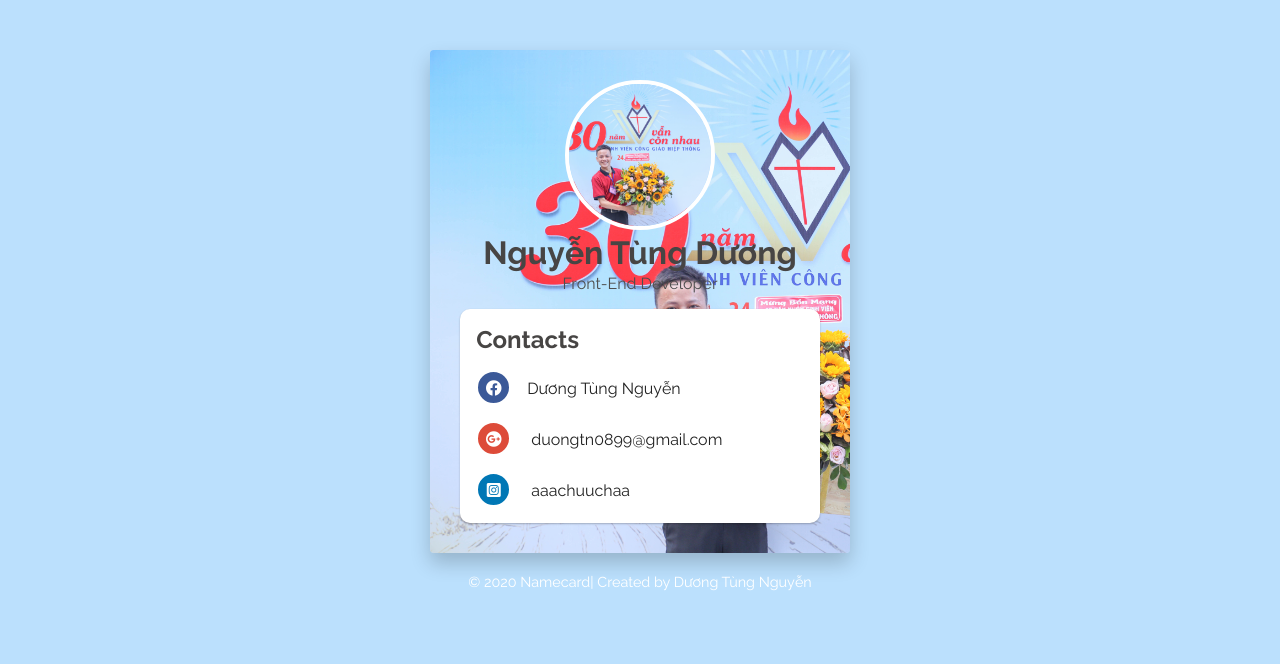
Repository: DuongTungNguyen0899/Card_Duong.github.io
Page: index.html
The author's editor kept a copy of each file at every save. The page is drawn from the files as they stood at one save, then again after the next save.
The browser window is 1280 px wide. The pictures show the whole page.

Above is the page before, as saved 2021-06-27 18:36:46.

After the next save:
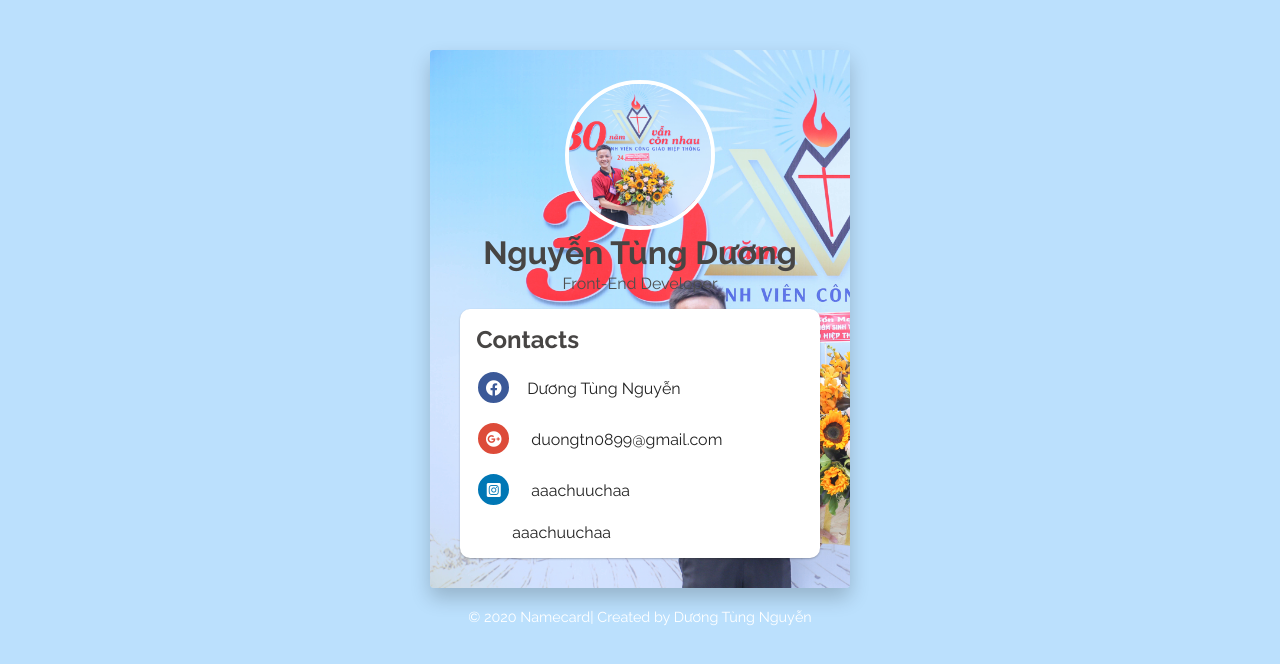
Saved 94 s later.
--- a/index.html
+++ b/index.html
@@ -40,7 +40,8 @@
 						<!-- <li><a href="#"><i class="fa fa-linkedin" aria-hidden="true"></i> <p>Connected To Linkedin</p></a></li> -->
                         <li><a href="duongtn0899@gmail.com"><i class="fab fa-google-plus" aria-hidden="true"></i> <p>duongtn0899@gmail.com</p></a></li>
                         <!-- <li><a href="#"> <img src="/img/iconfinder_7044033_zalo_icon_512px.png" class="fab fa-zalo" alt=""> <p>Connected To Zalo</p></a></li> -->
-                        <li><a href="https://www.instagram.com/aaachuuchaa/"><i class="fab fa-instagram-square"></i> <p>aaachuuchaa</p></a></li>
+						<li><a href="https://www.instagram.com/aaachuuchaa/"><i class="fab fa-instagram-square"></i> <p>aaachuuchaa</p></a></li>
+						<li><a href="https://www.instagram.com/aaachuuchaa/"><i class="fab fa-phone"></i> <p>aaachuuchaa</p></a></li>
 					</ul>
 				</div>
 			</div>
